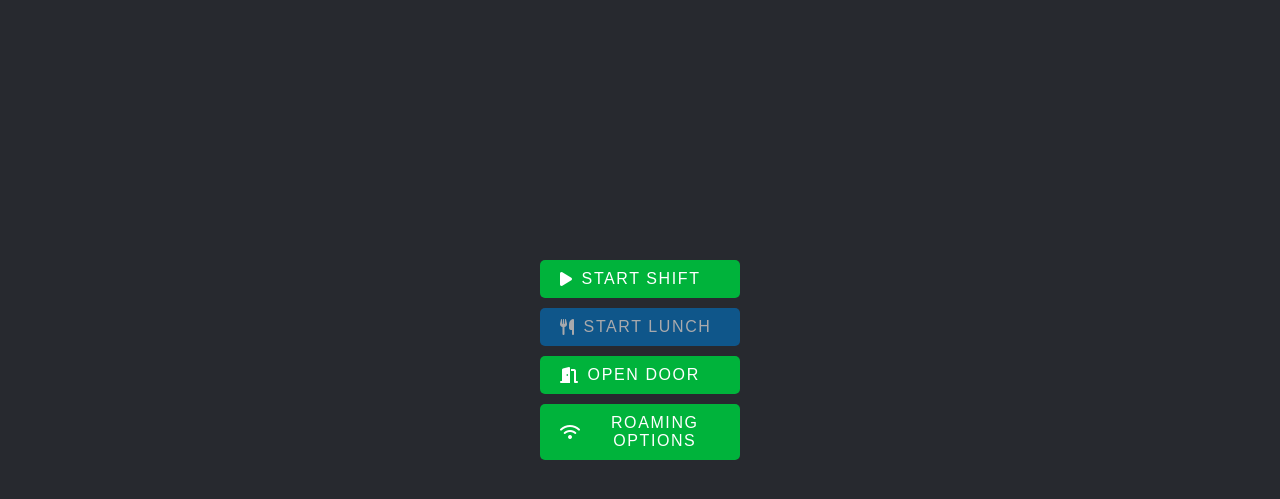
Repository: Philip-Rogers/button-state
Page: experiment.html
The author's editor kept a copy of each file at every save. The page is drawn from the files as they stood at one save, then again after the next save.
The browser window is 1280 px wide. The pictures show the whole page.

Above is the page before, as saved 2024-08-14 16:04:08.

After the next save:
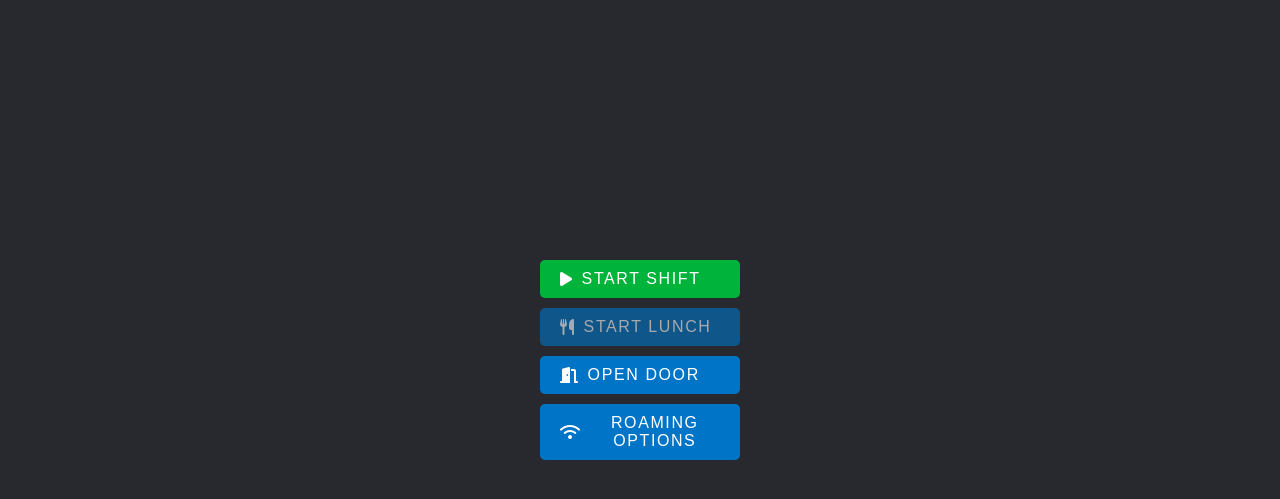
Saved 27 s later.
--- a/index.css
+++ b/index.css
@@ -66,9 +66,11 @@ button {
     /* Fixed width for consistency */
 }
 
-#lunchButton {
+#lunchButton,
+#openDoorButton,
+#roamingOptionsButton {
     background-color: hsl(205, 100%, 39%);
-    /* Default blue color for Start Lunch */
+    /* Default blue color for Start Lunch, Open Door, and Roaming Options */
 }
 
 .toggle-button i {
